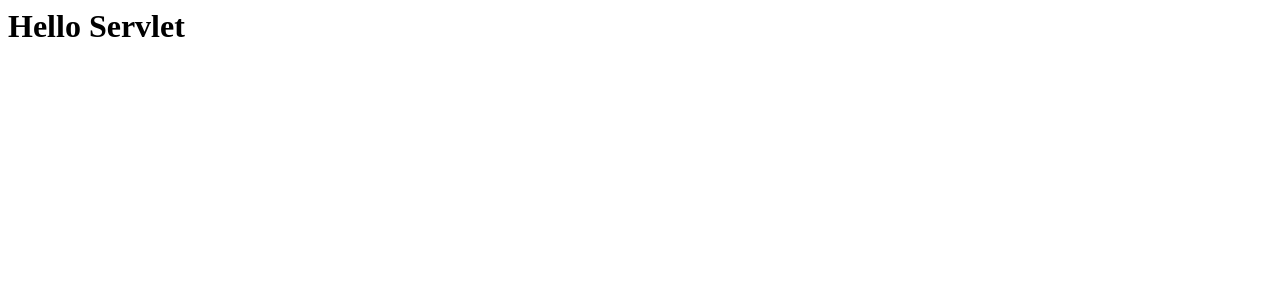
Repository: Yoon-jae-min/JSP-Servlet_Study
Page: http://localhost/web-study-02/hello
An editor plug-in stored every save of this project. The page is shown before and after the next save, followed by the edit.
The browser window is 1280 px wide. The pictures show the whole page.
The page is served by Tomcat 10.

Above is the page before, as saved 2024-06-06 04:52:04.

After the next save:
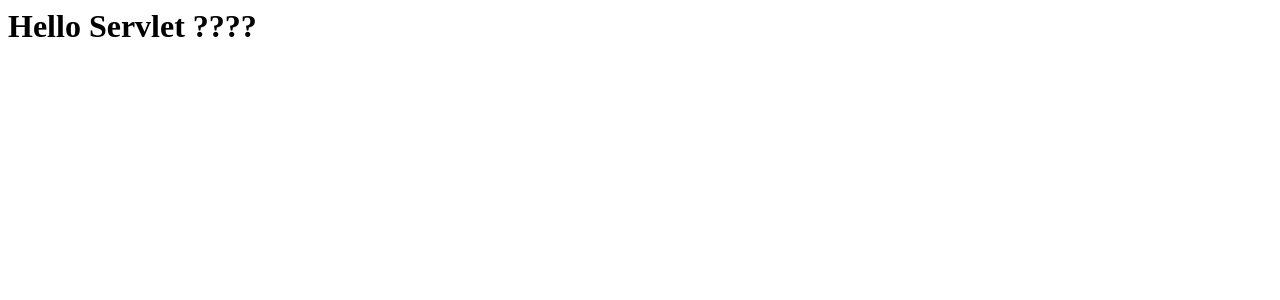
Saved 41 min 10 s later.
--- a/JSP&Servlet-Study/web-study-02/src/main/java/unit01/HelloServlet.java
+++ b/JSP&Servlet-Study/web-study-02/src/main/java/unit01/HelloServlet.java
@@ -23,7 +23,7 @@ public class HelloServlet extends HttpServlet {
 		response.setContentType("text/html");
 		PrintWriter out = response.getWriter();
 		out.print("<html><body><h1>");
-		out.print("Hello Servlet");
+		out.print("Hello Servlet 하이하이");
 		out.print("</h1></body></html>");
 		out.close();
 	}
